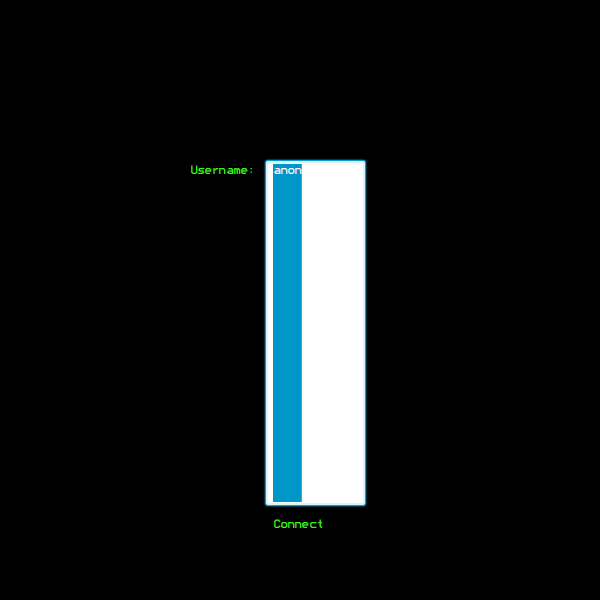
Repository: silic4-ivey/River
Program's window: java RiverClient/src/Main.java
The author's editor kept a copy of each file at every save. The program's window is drawn from the files as they stood at one save, then again after the next save.
It runs on Java 21 on a 1366 x 768 screen with JavaFX 11; the title bar is not drawn. It also reads RiverClient/resources/fonts/Modeseven-L3n5.ttf.

Above is the program's window before, as saved 2021-08-16 18:55:34.

### RiverClient/src/Main.java
import javafx.application.Application;
import javafx.event.ActionEvent;
import javafx.event.EventHandler;
import javafx.scene.Scene;
import javafx.scene.control.Button;
import javafx.scene.layout.StackPane;
import javafx.stage.Stage;
public class Main extends Application{

	private MainUI mainUI;

	public static void main(String args[]) {
		launch (args);
	}

	@Override
	public void start(Stage primaryStage) throws Exception{

		mainUI = new MainUI(primaryStage);

	}
}

### RiverClient/src/MainUI.java
import javafx.geometry.Pos;
import java.io.FileInputStream;
import java.io.FileNotFoundException;
import java.io.File;
import javafx.scene.Scene;
import javafx.scene.control.Button;
import javafx.scene.layout.StackPane;
import javafx.scene.layout.VBox;
import javafx.scene.paint.Color;
import javafx.stage.Stage;
import javafx.scene.control.TextField;
import java.util.Random;
import javafx.scene.layout.GridPane;
import javafx.scene.control.Label;
import javafx.scene.text.Font;
import javafx.scene.text.Text;
import javafx.scene.control.ScrollPane;

public class MainUI {

	private RiverClient rc;
	private String userName = "anon";
	private int size = 600;
	private Stage window;
	private Text textBox = new Text();
	private final String modeSeven = "Modeseven-L3n5.ttf";
	private final String fontPath = "./resources/fonts/";

	public MainUI(Stage primaryStage) throws Exception{
		window = primaryStage;

		Label userLbl = new Label("Username:");
		TextField text = new TextField("anon");


		Button connectButton = new Button("Connect");
		connectButton.setOnAction(e ->startConnection(text.getText()));   ///////////////////////////////

		//VBox layout1 = new VBox();
		//layout1.getChildren().addAll(userLbl,text,connectButton);

		try {
			Font terminalFont = Font.loadFont(new FileInputStream(new File(fontPath + modeSeven)),12);

			text.setFont(terminalFont);
			userLbl.setFont(terminalFont);
			connectButton.setFont(terminalFont);


		}catch(FileNotFoundException e) {
			e.printStackTrace();
		}

		text.setStyle("-fx-text-inner-color: #39ff14");
		//text.setStyle("-fx-control-inner-background: black");
		//text.setStyle("-fx-border-color: #39ff14");

		userLbl.setTextFill(Color.web("#39ff14"));

		connectButton.setTextFill(Color.web("#39ff14"));
		connectButton.setStyle("-fx-background-color: black");
		//connectButton.setStyle("-fx-border-color: #39ff14");


		GridPane layout1 = new GridPane();

		layout1.setVgap(8);
		layout1.setHgap(10);

		/*layout1.add(userLbl, size/2 -1, size/2);
		layout1.add(text, size/2, size/2);
		layout1.add(connectButton, size/2, size/2 -1);*/

		GridPane.setConstraints(userLbl, 19, 20);
		GridPane.setConstraints(text, 20, 20);
		GridPane.setConstraints(connectButton, 20, 21);

		layout1.getChildren().addAll(userLbl,text,connectButton);

		layout1.setGridLinesVisible(false);
		layout1.setStyle("-fx-background-color: #000000");

		Scene scene1 = new Scene(layout1, size, size, Color.BLACK);
		//scene1.setFill(Color.BLACK);

		window.setScene(scene1);
		window.setTitle("The River");
		window.show();

		/*RiverClient cs = RiverClient.getInstance();
		cs.writeTo();
		cs.closeAccess();*/
	}

	public void startConnection(String userName) {
		initializeClient();  ///////////////////////////////////////////////////
		setUser(userName);
		switchStage();
	}

	public void initializeClient() {
		rc = RiverClient.getInstance();
	}

	public void setUser(String userName) {
		this.userName = userName;
	}

	public void switchStage() {

		ServerReader sr = new ServerReader(rc, this);

		Label userLbl = new Label(userName + ": ");
		TextField text = new TextField("Type Here");

		Button sendButton = new Button("Send");
		sendButton.setOnAction(e -> rc.writeTo(text.getText(), userName));   /////////////////////////////// create a logoff button

		Button logoffButton = new Button("Logoff");
		logoffButton.setOnAction(e -> rc.closeAccess());   /////////////////////////////// create a logoff button

		//Text textBox = new Text();


		GridPane layout1 = new GridPane();

		layout1.setVgap(8);
		layout1.setHgap(10);

		GridPane.setConstraints(userLbl, 19, 2);
		GridPane.setConstraints(text, 20, 2);
		GridPane.setConstraints(sendButton, 21, 2);
		GridPane.setConstraints(logoffButton, 22, 2);
		GridPane.setConstraints(textBox,20,0);


		layout1.getChildren().addAll(userLbl,text,sendButton, textBox, logoffButton);

		ScrollPane scrollPane = new ScrollPane();
		scrollPane.setPrefSize(1, 1);
		scrollPane.setContent(textBox);
		scrollPane.setVbarPolicy(ScrollPane.ScrollBarPolicy.ALWAYS);
		scrollPane.setHbarPolicy(ScrollPane.ScrollBarPolicy.ALWAYS);

		layout1.setGridLinesVisible(false); ////////// delete after
		Scene scene2 = new Scene(layout1, size, size);
		scene2.setFill(Color.BLACK);



		sr.start();  /////////////////////////////////

		window.setScene(scene2);
		window.setTitle("The River");
		window.show();

	}


	public void updateText(String s) {

		textBox.setText(textBox.getText() + "\n" + s);


	}



}

After the next save:
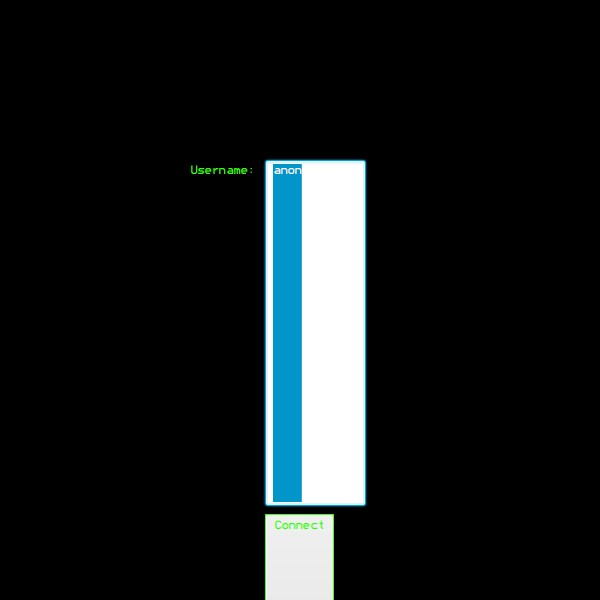
Saved 43 s later.
--- a/RiverClient/src/MainUI.java
+++ b/RiverClient/src/MainUI.java
@@ -59,7 +59,7 @@
 
 		connectButton.setTextFill(Color.web("#39ff14"));
 		connectButton.setStyle("-fx-background-color: black");
-		//connectButton.setStyle("-fx-border-color: #39ff14");
+		connectButton.setStyle("-fx-border-color: #39ff14");
 
 
 		GridPane layout1 = new GridPane();
